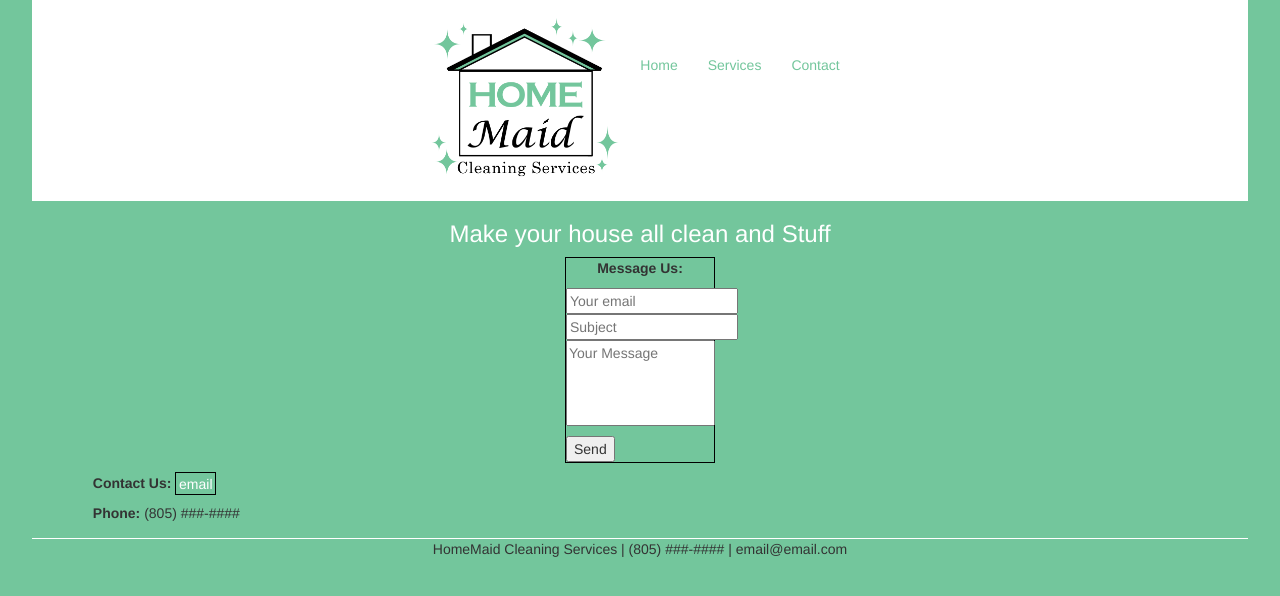
Repository: alprusa/HomeMaid-Cleaning-Service
Page: HomeMaid-Cleaning-Service/contact/index.html
The author's editor kept a copy of each file at every save. The page is drawn from the files as they stood at one save, then again after the next save.
The browser window is 1280 px wide. The pictures show the whole page.

Above is the page before, as saved 2016-07-27 02:25:05.

### HomeMaid-Cleaning-Service/contact/index.html
<!DOCTYPE html>
<html lang="en">
	<head>
		<meta charset="utf-8">

		<!-- Always force latest IE rendering engine (even in intranet) & Chrome Frame
		Remove this if you use the .htaccess -->
		<meta http-equiv="X-UA-Compatible" content="IE=edge,chrome=1">

		<title>Contact</title>
		<meta name="description" content="">
		<meta name="author" content="Alisa Prusa">

		<meta name="viewport" content="width=device-width; initial-scale=1.0">

		<!-- Replace favicon.ico & apple-touch-icon.png in the root of your domain and delete these references -->
		<link rel="shortcut icon" href="/favicon.ico">
		<link rel="apple-touch-icon" href="/apple-touch-icon.png">

		<link href="../defaultStyle.css" rel="stylesheet" type="text/css">
		<link href="contact.css" rel="stylesheet" type="text/css">
		<link rel="stylesheet" href="../bootstrap/css/bootstrap.min.css">
	</head>

	<body>
		<div id="mainContainter">
			<!--Navbar html section-->
			<nav class="navbar navbar-static-top" role="navigation">
                <div class="container-fluid">
                	<div class="navbar-header">
                        <!--Button that is created for menu when screen size reaches a certain limit-->
                        <button type="button" class="navbar-toggle" data-toggle="collapse" data-target=".navbar-collapse">
                            <span class="icon-bar"></span>
                            <span class="icon-bar"></span>
                            <span class="icon-bar"></span>
                        </button>
       				 </div>

                    <!--Buttons to go to different pages of the website-->
                    <div class="collapse navbar-collapse" id="navItems">
                        <ul class="nav navbar-nav">
                        	<li>
								<div class="navbar-header">
                        			<!--Logo image button to go make to main page-->
                       				 <a href="../"><img src="../img/HMLogo.png" class="img-responsive" id="logo"/></a>
                       				 <!--<form action="#">
										 <button type="submit" id="appointment" href="#">Make an Appointment</button>
									 </form>-->
                   				 </div>
	                        </li>
                            <li class="navTabs"><a href="../">Home</a></li>
							<li class="navTabs"><a href="../services/">Services</a></li>
							<li class="navTabs"><a href="../contact/">Contact</a></li>
                        </ul>
                    </div>
                </div>
			</nav>

			<div id="bodyContent">
				<h3 style="text-align: center;">Make your house all clean and Stuff</h3>

				<form action="#">
	 				<p style="text-align: center;"><b>Message Us:</b></p>
					<input type="text" class="formBox" name="email" id="email" placeholder="Your email" size="18" required><br>
					<input type="text" class="formBox" name="Subject" id="Subject" placeholder="Subject" size="18" required><br>
					<textarea type="text" class="formBox" name="Message" rows=4 id="Message" placeholder="Your Message" required></textarea>
					<input id="submitButton" class="gVButton" type="submit" value="Send" style="margin-top: 5px;">
					<p style="color: #E82C0C;" id="errorText" class="hidden">Sorry there was an issue sending your message.</p>
	 			</form>

		        <div class="infoSection">
		        	<p><b>Contact Us:</b>
			        <a id="emails" href="mailto:homemaidcleaningservices@yahoo.com?subject=Golden View Senior Services">
                     	<mark>email</mark>
                     </a></p>
			        <p><b>Phone: </b>(805) ###-####</p>
		        </div>
			</div>

			<footer>
				<p>
					HomeMaid Cleaning Services | (805) ###-#### | email@email.com
				</p>
			</footer>
		</div>

		<script src="../jquery-1.2.0.js"></script>
    	<script src="../bootstrap/js/bootstrap.min.js"></script>
	</body>
</html>

### HomeMaid-Cleaning-Service/defaultStyle.css
body{
	background-color: #73C69C !important;
}

#mainContainter{
	width: 95%;
	margin: auto;
	background-color: #73C69C !important;
}

a{
	color: #73C69C !important;
}

mark{
	color:#FFFFFF !important;
	background-color: #73C69C !important;
	border: 1px #000000 solid;
}

mark:hover{
	color:#73C69C !important;
	background-color: #FFFFFF !important;
	text-decoration: underline;
	text-decoration-color: #000000 !important;
}

h3{
	color: #FFFFFF !important;
}

.navbar{
    background-color: #FFFFFF !important;
    text-align: center;
    float:center;
}

.navbar .navbar-nav {
  display: inline-block;
  float: none;
  vertical-align: top;
}

.navbar .navbar-collapse {
  text-align: center;
}

.navbar .navbar-toggle .icon-bar{
  background-color: #73C69C !important;
}

.navbar .navbar-toggle{
  border-color: #73C69C !important;
}

/*make it so the logo home page button does not have the hover effect that the other buttons have*/
a:hover,
a:focus{
    text-decoration: underline !important;
	color:#FFFFFF !important;
	background-color: #73C69C !important;
	text-decoration-color:#000000 !important;
}

.navTabs{
	padding-top: 40px;
}

#logo{
	margin: auto;
    width:200px;
}

#appointment{
	border-radius:2px;
	background-color: #73C69C !important;
	color:#FFFFF !important;
}

#bodyContent{
	margin: auto;
	float: center;
}

#videoContainer{
	margin: auto;
	float: center;
}

#mainVid{
	margin: auto;
	width: 600px;
	float: center;
}

.infoSection{
	width: 90%;
	margin: auto;
	padding-bottom: 50px;
}

.infoImg{
	width: 200px;
	height: 100px;
	margin: auto;
	border: 2px black solid;
	margin-top: 5px;
}

footer{
	border-top: 1px white solid;
	text-align: center;
}

@media screen and (orientation:portrait)
{
	.navTabs{
		padding: 0;
	}
}

### HomeMaid-Cleaning-Service/contact/contact.css
textarea {
   resize: none;
   margin: auto;

   width: 149px;
}

form{
	margin: auto;
	width: 150px;
	border: 1px black solid;
}

#submitButton{
	margin: auto;
	float: center;
}

.infoSection{
	padding-top: 10px;
	padding-bottom: 5px;
	margin: auto;
}

.formBox{


}

Loaded but not shown: HomeMaid-Cleaning-Service/bootstrap/css/bootstrap.min.css (library); HomeMaid-Cleaning-Service/jquery-1.2.0.js (library); HomeMaid-Cleaning-Service/bootstrap/js/bootstrap.min.js (library)

After the next save:
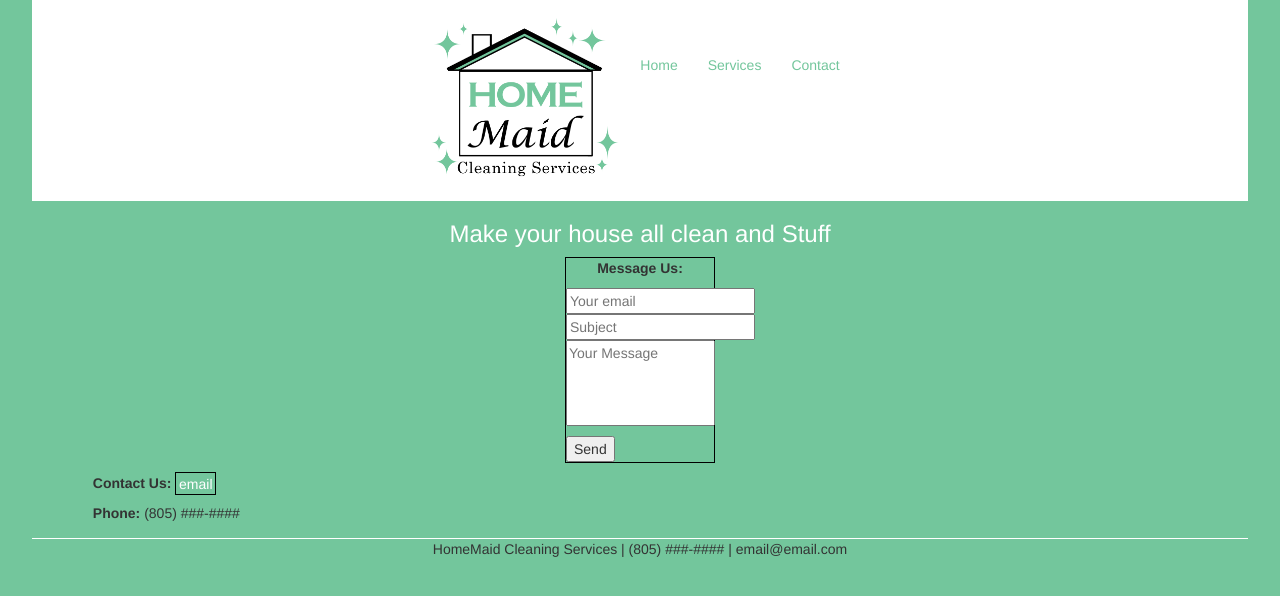
Saved 8 s later.
--- a/HomeMaid-Cleaning-Service/contact/index.html
+++ b/HomeMaid-Cleaning-Service/contact/index.html
@@ -61,8 +61,8 @@
 
 				<form action="#">
 	 				<p style="text-align: center;"><b>Message Us:</b></p>
-					<input type="text" class="formBox" name="email" id="email" placeholder="Your email" size="18" required><br>
-					<input type="text" class="formBox" name="Subject" id="Subject" placeholder="Subject" size="18" required><br>
+					<input type="text" class="formBox" name="email" id="email" placeholder="Your email" size="20" required><br>
+					<input type="text" class="formBox" name="Subject" id="Subject" placeholder="Subject" size="20" required><br>
 					<textarea type="text" class="formBox" name="Message" rows=4 id="Message" placeholder="Your Message" required></textarea>
 					<input id="submitButton" class="gVButton" type="submit" value="Send" style="margin-top: 5px;">
 					<p style="color: #E82C0C;" id="errorText" class="hidden">Sorry there was an issue sending your message.</p>
